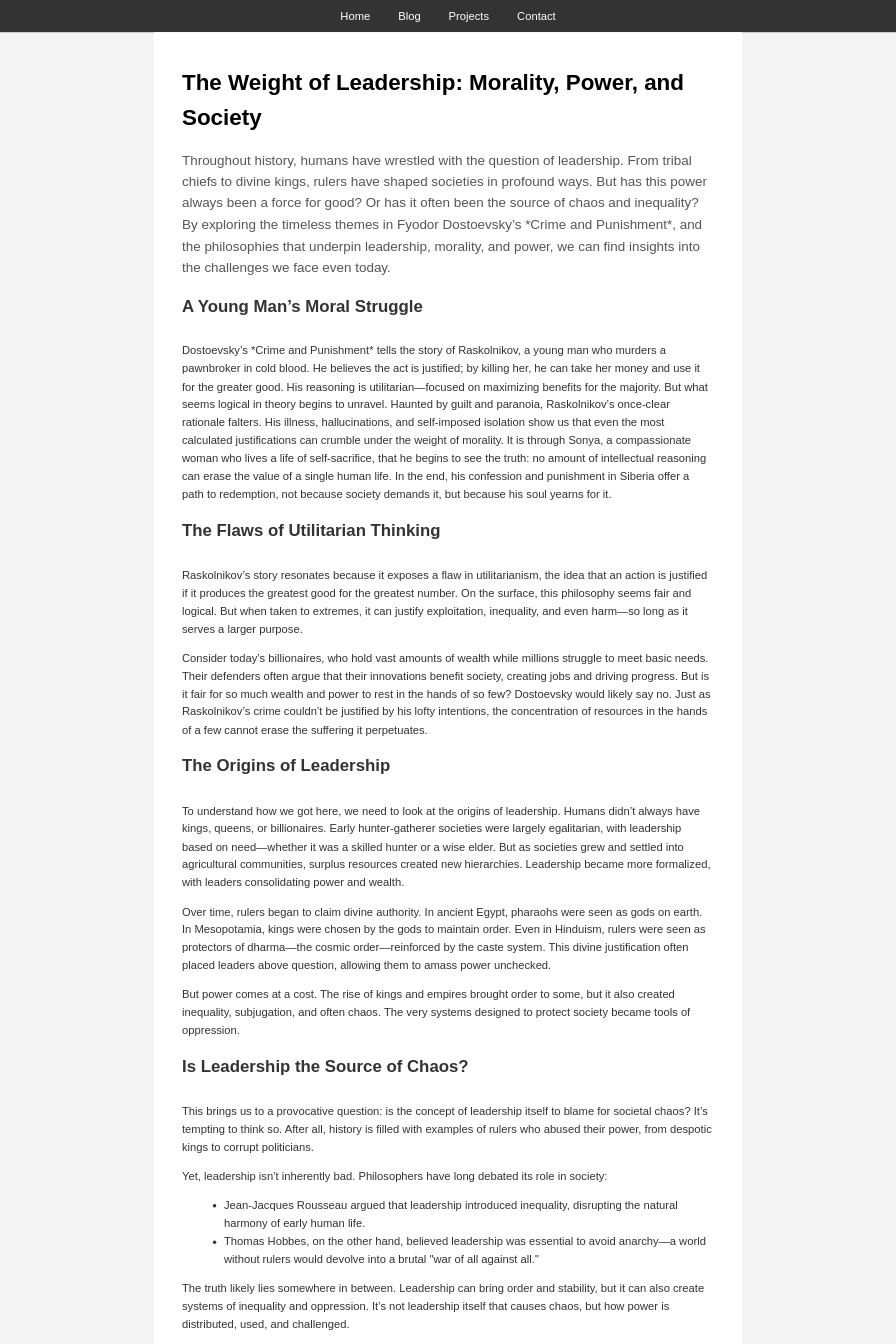
Repository: APersonalVoyage/APersonalVoyage.github.io
Page: blog_post_1.html
The author's editor kept a copy of each file at every save. The page is drawn from the files as they stood at one save, then again after the next save.
The browser window is 1280 px wide. The pictures show the part of the page from y = 0 to 1920 px (the page is 2966 px tall before and 2560 px after), at 70% of full size.

Above is the page before, as saved 2024-11-16 22:19:03.

After the next save:
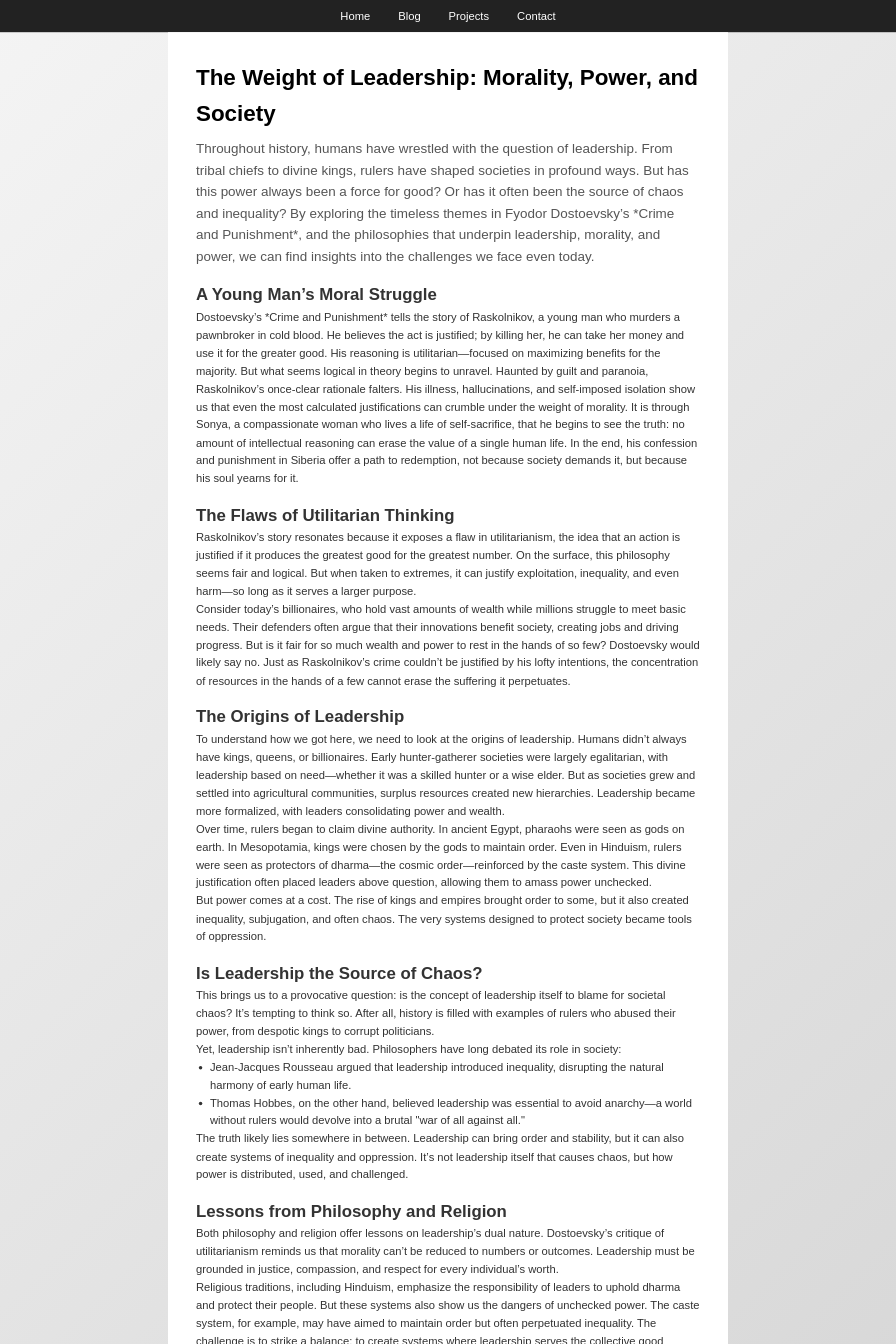
Saved 7 s later.
--- a/blog_post_1.html
+++ b/blog_post_1.html
@@ -4,7 +4,7 @@
   <meta charset="UTF-8">
   <meta name="viewport" content="width=device-width, initial-scale=1.0">
   <title>The Weight of Leadership: Morality, Power, and Society</title>
-  <link rel="stylesheet" href="blog_posts_css.css">
+  <link rel="stylesheet" href="blog.css">
 </head>
 <body>
   <header class="header">
